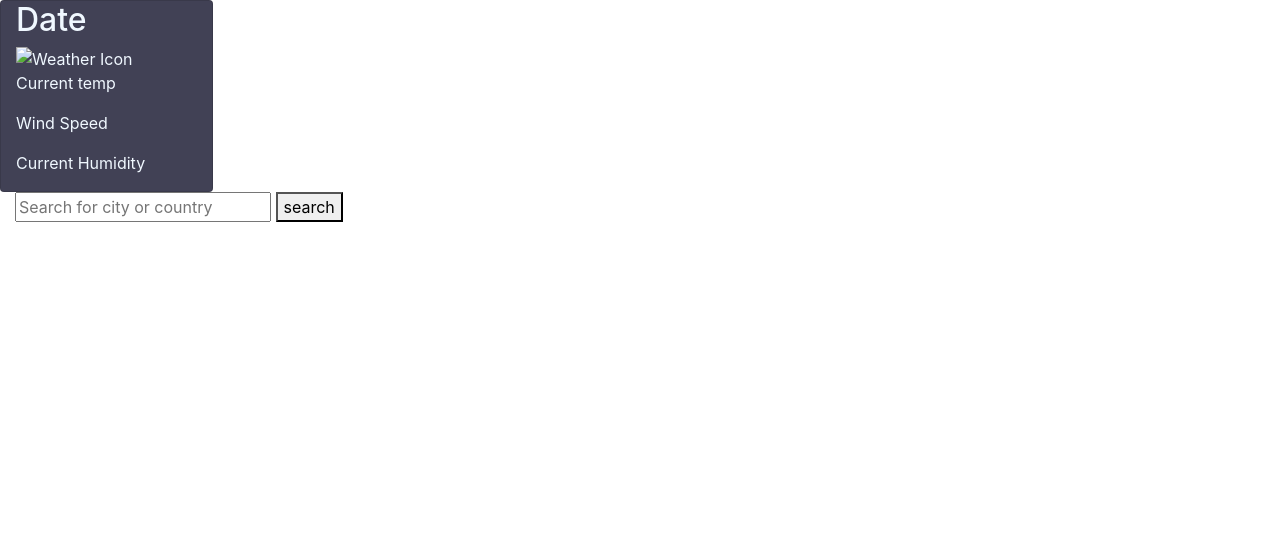
Repository: cobalt88/weather-forecast-app
Page: index.html
These files come from the project's save history. The page is drawn as it stood at one moment and after the next save; the edit follows.
The browser window is 1280 px wide. The pictures show the whole page.
The page's requests for data from a server got no answer. Some web libraries are served in a nearby version.

Above is the page before, as saved 2022-04-02 17:22:10.

### index.html
<!DOCTYPE html>
<html lang="en">
<head>
  <meta charset="UTF-8">
  <meta http-equiv="X-UA-Compatible" content="IE=edge">
  <meta name="viewport" content="width=device-width, initial-scale=1.0">
  <link
  rel="stylesheet"
  href="https://stackpath.bootstrapcdn.com/bootstrap/4.3.1/css/bootstrap.min.css"
/>
<link
  rel="stylesheet"
  href="https://use.fontawesome.com/releases/v5.8.1/css/all.css"
  integrity="sha384-50oBUHEmvpQ+1lW4y57PTFmhCaXp0ML5d60M1M7uH2+nqUivzIebhndOJK28anvf"
  crossorigin="anonymous"
/>
<link
  href="https://fonts.googleapis.com/css?family=Open+Sans&display=swap"
  rel="stylesheet"
/>

<link href="style.css" rel="stylesheet">
  <title>Document</title>
</head>
<body>
  <header></header>
  <section id="current-day"></section>
  <section id="5-day-container">

    <div id="forecast" class="card col-2">
      <h2 id="date">Date</h2>
      <img alt="Weather Icon">
      <p id="temp">Current temp</p>
      <p id="wind">Wind Speed</p>
      <p id="humidity">Current Humidity</p>

    </div>


  </section>

  <div class="col-xl-4 col-lg-4 col-md-4 col-sm-4 col-4">
    <input type="text" id="searchInput" placeholder="Search for city or country">
    <button type= 'button' id="search-button">search</button>
    <ul id="city-list"></ul>
  </div>
  <script src="https://code.jquery.com/jquery-3.4.1.min.js"></script>
  <script src="logic.js"></script>
</body>
</html>

### style.css
.card {
  background-color: rgb(65, 65, 85);
  color: aliceblue;

}

### logic.js
var buttonContainerEl = document.querySelector('#city-list');
var dataArr = [];
var currentLocationArr = [];
var searchLocationArr = [];
var forecastArr = [];
var input = document.getElementById('searchInput');

$("#search-button").on("click", function () {
  let text = $(this).siblings("#searchInput").val();
  console.log(text)
  var searchUrl = `http://dataservice.accuweather.com/locations/v1/cities/search?apikey=%09WRy7rAgeG9pkGPZlac8sWxk9sXswNaMI&q=${text}}`
  fetch(searchUrl)
    .then(function(response) {
      return response.json();
    })
    .then(function(searchLocation) {
      currentLocationArr.push(searchLocation);
    })
    .then(function(){
      console.log(searchLocationArr);
    })

  })


function getLocation() {
  var requestLocationUrl = 'http://dataservice.accuweather.com/locations/v1/cities/ipaddress?apikey=WRy7rAgeG9pkGPZlac8sWxk9sXswNaMI&q=199.231.175.194'
  fetch(requestLocationUrl)
  .then(function(response){
    return response.json();
  })
  .then(function(currentLocation) {
    currentLocationArr.push(currentLocation);
  })
  .then(function(localForecast) {
    var localKey = currentLocationArr[0].Key;
    var searchUrl = `http://dataservice.accuweather.com/locations/v1/cities/search?apikey=%09WRy7rAgeG9pkGPZlac8sWxk9sXswNaMI&q=${localKey}}`
    fetch(searchUrl)
      .then(function(response) {
        return response.json();
      })
      .then(function(location) {
        // console.log(location);
        // searchLocationArr.push(searchLocation)
      })
  })




};


function getCityList() {
var requestUrl = "http://dataservice.accuweather.com/locations/v1/topcities/150?apikey=%09WRy7rAgeG9pkGPZlac8sWxk9sXswNaMI";
fetch(requestUrl)
  .then(function(response){
  return response.json();
})
.then(function(cityData){
  for (var i = 0; i < cityData.length; i++) {
    var location = document.createElement('li')
    location.textContent = `${cityData[i].EnglishName}, ${cityData[i].Country.EnglishName}`;
    buttonContainerEl.appendChild(location)
    location.setAttribute('class', 'list-group-item ')
    location.setAttribute('id', `${cityData[i].EnglishName}-${cityData[i].Country.EnglishName}` )
    dataArr.push(cityData[i]);
  }
});
};

function forecastDisplayHandler () {
for (var i = 0; i < forecastArr.length; i++) {

}

}



// function search() {
//   var filter = input.value.toLowerCase();
//   var ul = document.getElementById('city-list');
//   var li = document.getElementsByTagName('li');

//   for (let i = 0; i < li.length; i++) {
//     a = li[i].getElementsByTagName("a")[0];
//     txtValue = li.textContent || li.innerText;
//     if (txtValue.toLowerCase().indexOf(filter) > -1) {
//       li[i].style.display = "";
//     } else {
//       li[i].style.display = "none";
//     }
//   }

// }

getLocation();
getCityList();
// console.log(currentLocationArr);

After the next save:
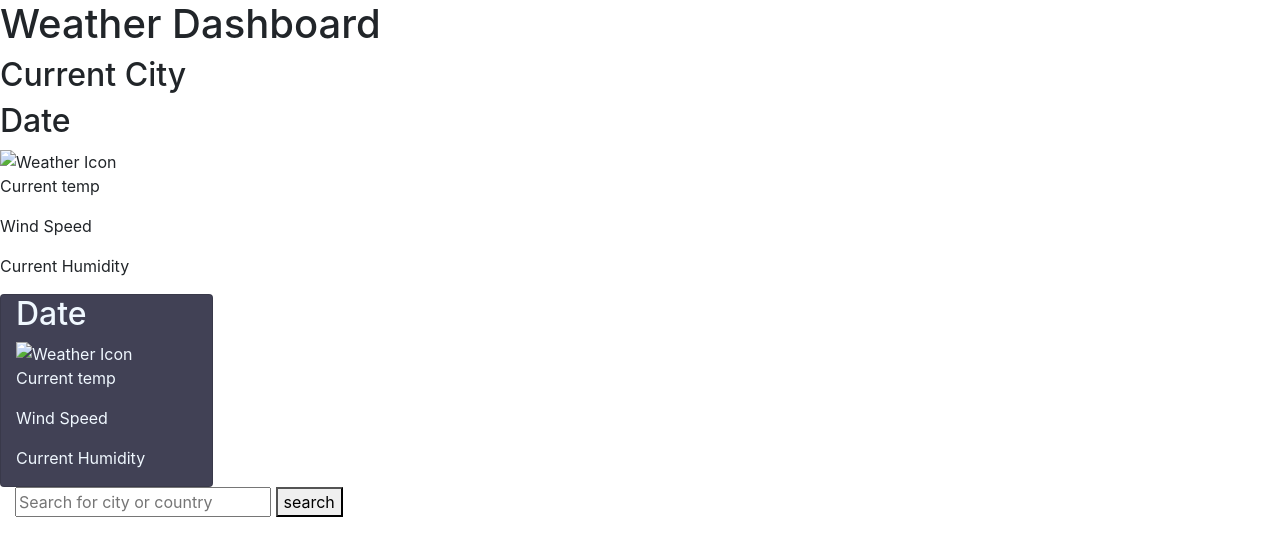
Saved 2 min 56 s later.
--- a/index.html
+++ b/index.html
@@ -23,9 +23,16 @@
   <title>Document</title>
 </head>
 <body>
-  <header></header>
-  <section id="current-day"></section>
-  <section id="5-day-container">
+  <header><h1>Weather Dashboard</h1></header>
+  <div id="current-day"></div>
+  <h2 id="city">Current City</h2>
+  <h2 id="date">Date</h2>
+      <img alt="Weather Icon">
+      <p id="temp">Current temp</p>
+      <p id="wind">Wind Speed</p>
+      <p id="humidity">Current Humidity</p>
+
+  <div id="5-day-container">
 
     <div id="forecast" class="card col-2">
       <h2 id="date">Date</h2>
@@ -37,7 +44,7 @@
     </div>
 
 
-  </section>
+  </div>
 
   <div class="col-xl-4 col-lg-4 col-md-4 col-sm-4 col-4">
     <input type="text" id="searchInput" placeholder="Search for city or country">
